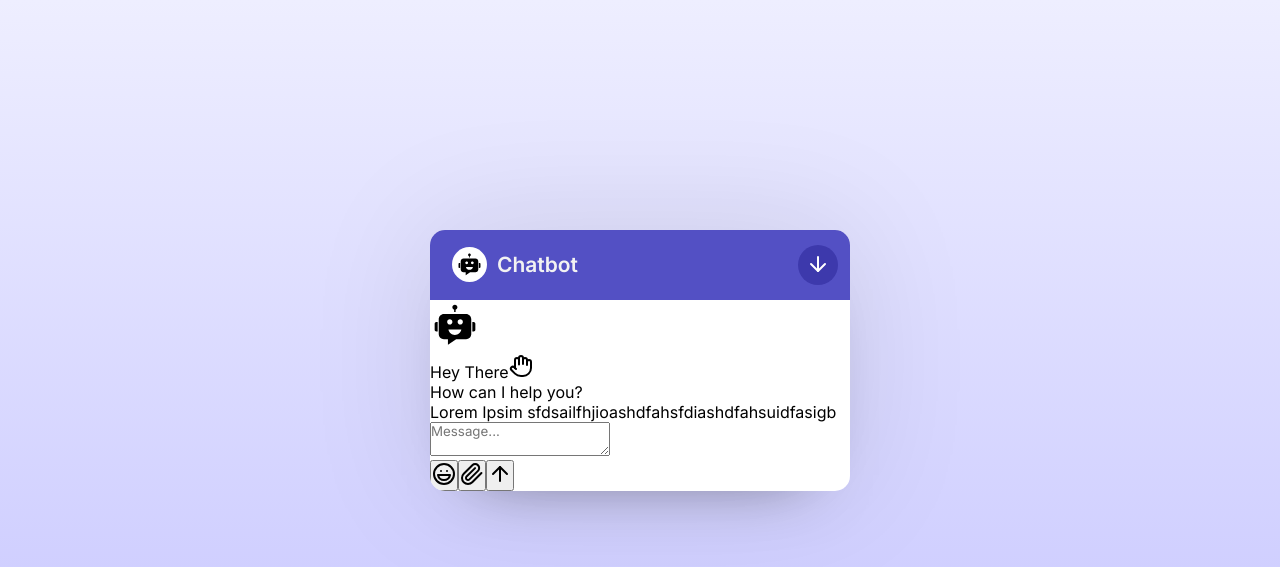
Repository: guilhermecardoso93/ai-bot
Page: /
These files come from the project's save history. The page is drawn as it stood at one moment and after the next save; the edit follows.
The browser window is 1280 px wide. The pictures show the whole page.
The project was rebuilt for these pictures with package versions that can differ from the ones it lists, and the page was loaded fresh each time. Also part of the build but not shown: vite.config.js.

Above is the page before, as saved 2024-11-11 20:36:37.

### index.html
<!doctype html>
<html lang="en">

<head>
    <meta charset="UTF-8" />
    <link rel="icon" type="image/svg+xml" href="/vite.svg" />
    <link rel="preconnect" href="https://fonts.googleapis.com">
    <link rel="preconnect" href="https://fonts.gstatic.com" crossorigin>
    <link href="https://fonts.googleapis.com/css2?family=Inter:ital,opsz,wght@0,14..32,100..900;1,14..32,100..900&family=Outfit:wght@100..900&display=swap" rel="stylesheet">
    <meta name="viewport" content="width=device-width, initial-scale=1.0" />
    <title>Ai ChatBot</title>
</head>

<body>
    <div id="root"></div>
    <script type="module" src="/src/main.jsx"></script>
</body>

</html>

### src/index.css
:root {
  font-synthesis: none;
  text-rendering: optimizeLegibility;
  -webkit-font-smoothing: antialiased;
  -moz-osx-font-smoothing: grayscale;
}

* {
  padding: 0;
  margin: 0;
  box-sizing: border-box;
  font-family: "Inter", serif;
  font-optical-sizing: auto;
  font-style: normal;
}

body {
  display: flex;
  align-items: center;
  justify-content: center;
  min-height: 100vh;
  background: linear-gradient(#eeeeff, #c8c7ff);
}

.chatbot-popup {
  width: 420px;
  background: #ffff;
  overflow: hidden;
  border-radius: 15px;
  box-shadow: 0 0 128px rgba(0, 0, 0, 0.1), 0 32px 64px -48px rgba(0, 0, 0, 0.5);
}

.chat-header {
  display: flex;
  align-items: center;
  background-color: #5350c4;
  padding: 15px 22px;
  justify-content: space-between;
}

.chat-header .header-info {
  display: flex;
  align-items: center;
  gap: 10px;
}

.header-info .logo {
  width: 35px;
  width: 35px;
  background: #fff;
  border-radius: 50%;
  flex-shrink: 0;
  padding: 4px;
}

.header-info .logo-text {
  color: #f2f2f2;
  font-weight: 600;
  font-size: 1.31rem;
}

.chat-header #close-chatbot {
  border: none;
  color: #fff;
  height: 40px;
  width: 40px;
  border-radius: 50%;
  background-color: #3d39ac;
  font-size: 1.9rem;
  cursor: pointer;
  margin-right: -10px;
}

.chat-header #close-chatbot:hover {
  background-color: #3d39ac;
}

### src/App.jsx
import { Main } from "./components/Main";

export function App() {
  return (
    <>
      <Main />
    </>
  );
}

### src/components/Main.jsx
import { Hand, ArrowDown, Laugh, Paperclip, ArrowUp } from "lucide-react";
import Logo from "../assets/logo.svg";

export function Main() {
  return (
    <div className="chatbot-popup">
      {/* Header */}
      <div className="chat-header">
        <div className="header-info">
          <img src={Logo} alt="" className="logo"/>
          <h2 className="logo-text">Chatbot</h2>
        </div>
        <button className="material-symbols-rounded" id='close-chatbot'>
          <ArrowDown />
        </button>
      </div>

      {/* Body */}
      <div className="chat-body">
        <div className="message bot-message">
          <div className="message-text">
            <img src={Logo} alt="" />
            <p className="message-text">
              Hey There
              <Hand />
            </p>
            <p>How can I help you?</p>
          </div>
          <div className="message-user">
            <p className="message-text">
              Lorem Ipsim sfdsailfhjioashdfahsfdiashdfahsuidfasigb
            </p>
          </div>
        </div>
      </div>

      {/* Footer */}
      <div className="chat-footer">
        <form action="" className="chat-form">
          <textarea
            placeholder="Message..."
            className="message-input"
          ></textarea>
          <div className="chat-controls">
            <button type="button" className="material-symbols-rounded">
              <Laugh />
            </button>
            <button type="button" className="material-symbols-rounded">
              <Paperclip />
            </button>
            <button type="button" className="material-symbols-rounded">
              <ArrowUp />
            </button>
          </div>
        </form>
      </div>
    </div>
  );
}

Loaded but not shown: src/main.jsx (common file)

After the next save:
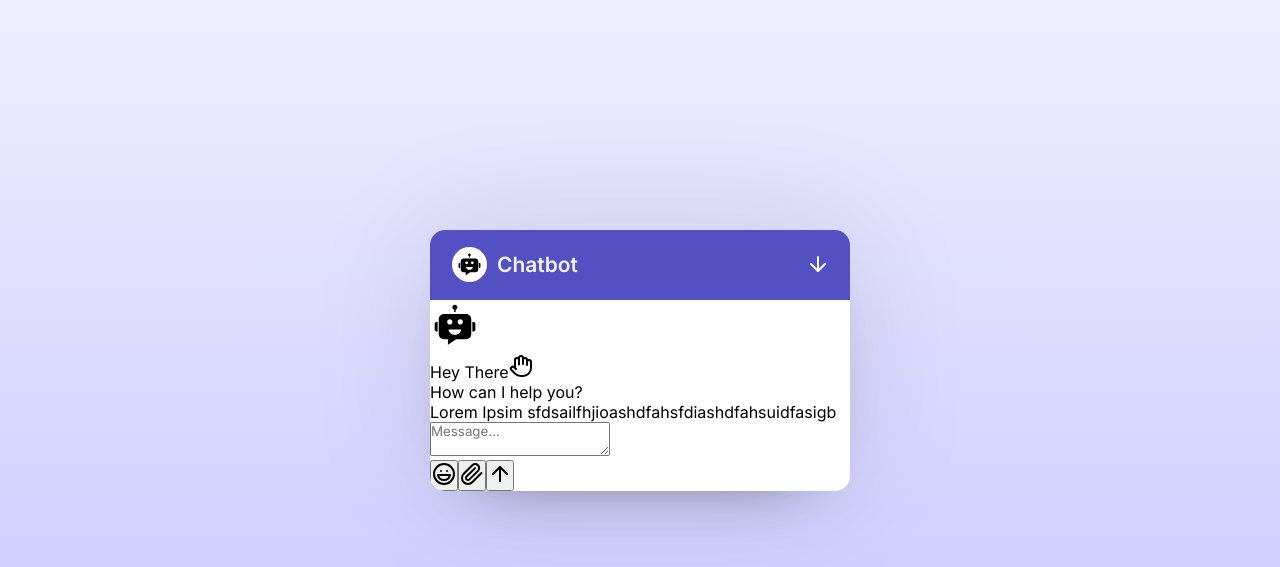
Saved 24 s later.
--- a/src/index.css
+++ b/src/index.css
@@ -65,10 +65,11 @@ body {
   height: 40px;
   width: 40px;
   border-radius: 50%;
-  background-color: #3d39ac;
   font-size: 1.9rem;
   cursor: pointer;
   margin-right: -10px;
+  background: none;
+  transition: 0.2s ease;
 }
 
 .chat-header #close-chatbot:hover {
